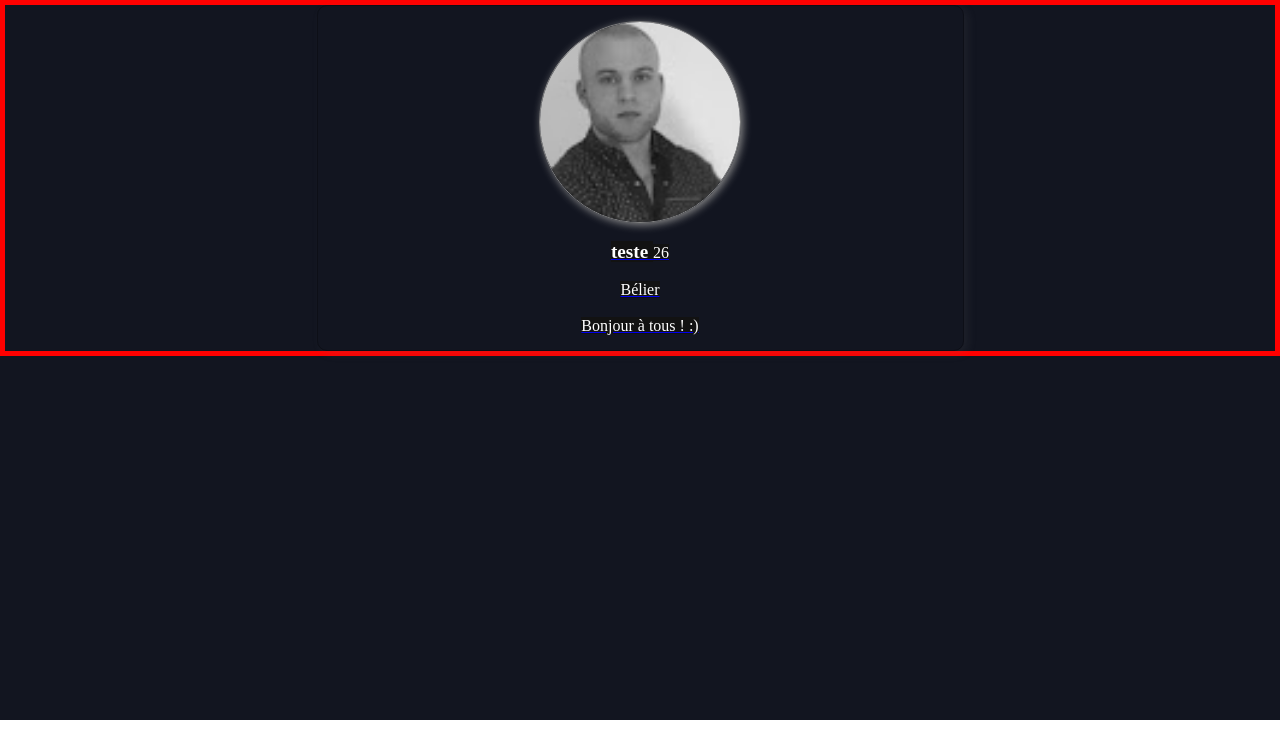
Repository: remi77130/forum
Page: http://localhost/path/profil.php?id=53
The author's editor kept a copy of each file at every save. The page is drawn from the files as they stood at one save, then again after the next save.
The browser window is 1280 px wide. The pictures show the whole page.
The page is run by PHP 8.4 with error messages shown; the project is at /var/www/html/. The database holds what the project's SQL file puts in it.

Above is the page before, as saved 2022-06-26 22:30:58.

After the next save:
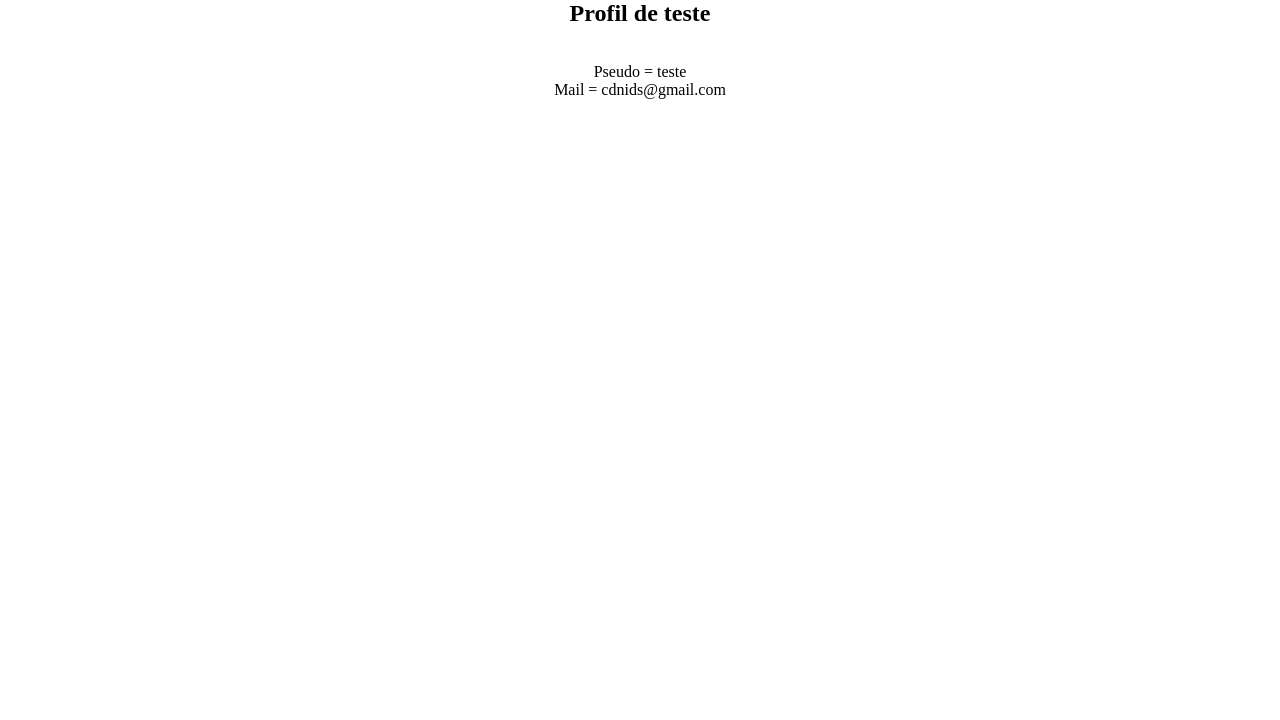
Saved 75 s later.
--- a/profil.php
+++ b/profil.php
@@ -15,77 +15,29 @@
    $requser->execute(array($getid));
    $userinfo = $requser->fetch();
 ?>
-
-
-
 <html>
    <head>
-      <title>Profil</title>
+      <title>TUTO PHP</title>
+      <meta charset="utf-8">
    </head>
    <body>
-
-
-
-
-
-
-<section class="section_profil">
-
-
-
-<div class="profil-container">
-
-<div class="container_profil">
-
-
-<a href="album.php">
-
-
-         <?php                           // AFFICHAGE DE LA PHOTO
-
-         if (!empty($userinfo['avatar']))
-         {
-         ?>
-         <img src="membres\avatars/<?php echo $userinfo['avatar']; ?>" alt="photo_profil" >
-         <?php
-
-         }
-         ?>
-
-<br>
+      <div align="center">
+         <h2>Profil de <?php echo $userinfo['pseudo']; ?></h2>
+         <br /><br />
+         Pseudo = <?php echo $userinfo['pseudo']; ?>
          <br />
-
-        <span class="pseudo_profil"><?php echo $userinfo['pseudo']; ?></span> <nl2br>
-
-        <span class="age_profil"><?php echo $userinfo['age']; ?></span>  <br> <br>
-
-       <span class="astrologie_profil"> <?php echo $userinfo['astrologie']; ?></span> <br> <br>
-
-        <span class="descr_profil"> <?php echo $userinfo['description_profil']; ?></span> <br>
-
-
-
-</a>
-
-</div> <!-- Fermeture div container_profil !-->
-</div> <!-- Fermeture div profil !-->
-</section>
+         Mail = <?php echo $userinfo['mail']; ?>
          <br />
          <?php
          if(isset($_SESSION['id']) AND $userinfo['id'] == $_SESSION['id']) {
-
-
          ?>
-
          <br />
-         <a href="editProfil.php">Editer mon profil</a>
-         <a href="reception.php">Mes messages</a>
-
+         <a href="editionprofil.php">Editer mon profil</a>
          <a href="deconnexion.php">Se déconnecter</a>
          <?php
          }
          ?>
-
+      </div>
    </body>
 </html>
 <?php

After the save that followed:
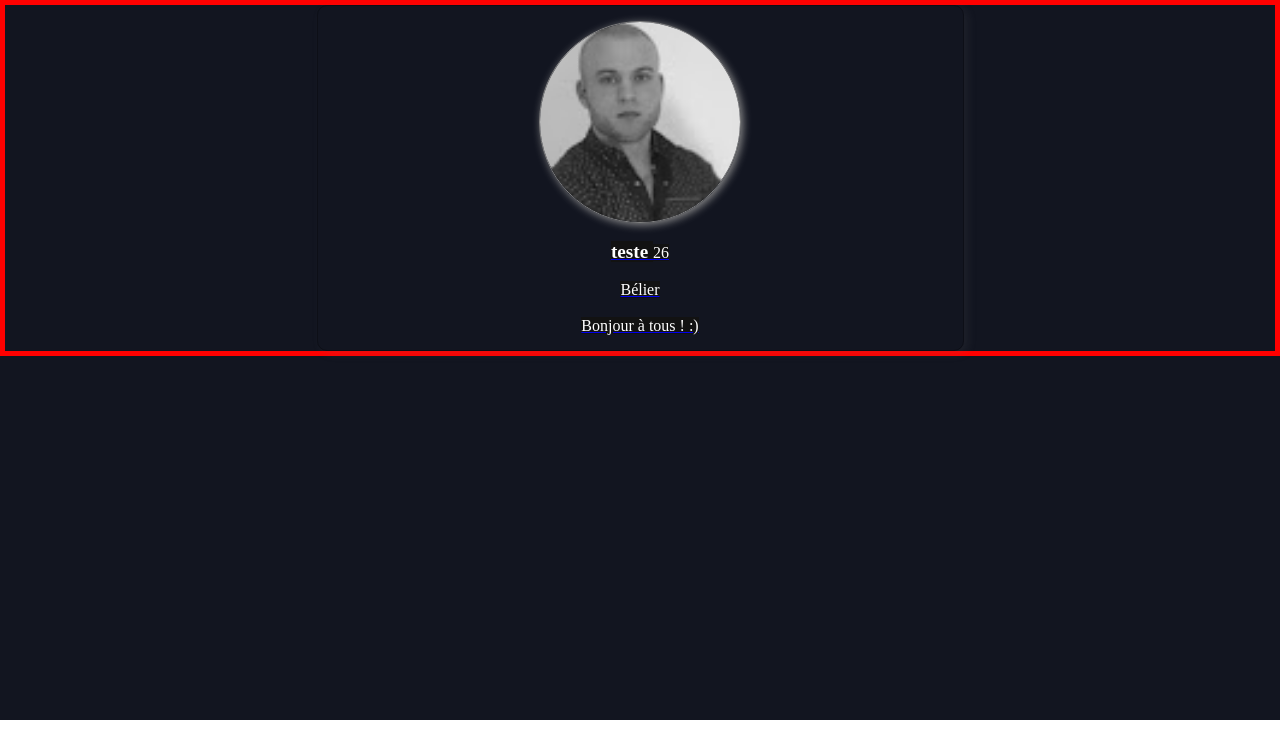
Saved 14 s later.
--- a/profil.php
+++ b/profil.php
@@ -15,29 +15,77 @@
    $requser->execute(array($getid));
    $userinfo = $requser->fetch();
 ?>
+
+
+
 <html>
    <head>
-      <title>TUTO PHP</title>
-      <meta charset="utf-8">
+      <title>Profil</title>
    </head>
    <body>
-      <div align="center">
-         <h2>Profil de <?php echo $userinfo['pseudo']; ?></h2>
-         <br /><br />
-         Pseudo = <?php echo $userinfo['pseudo']; ?>
+
+
+
+
+
+
+<section class="section_profil">
+
+
+
+<div class="profil-container">
+
+<div class="container_profil">
+
+
+<a href="album.php">
+
+
+         <?php                           // AFFICHAGE DE LA PHOTO
+
+         if (!empty($userinfo['avatar']))
+         {
+         ?>
+         <img src="membres\avatars/<?php echo $userinfo['avatar']; ?>" alt="photo_profil" >
+         <?php
+
+         }
+         ?>
+
+<br>
          <br />
-         Mail = <?php echo $userinfo['mail']; ?>
+
+        <span class="pseudo_profil"><?php echo $userinfo['pseudo']; ?></span> <nl2br>
+
+        <span class="age_profil"><?php echo $userinfo['age']; ?></span>  <br> <br>
+
+       <span class="astrologie_profil"> <?php echo $userinfo['astrologie']; ?></span> <br> <br>
+
+        <span class="descr_profil"> <?php echo $userinfo['description_profil']; ?></span> <br>
+
+
+
+</a>
+
+</div> <!-- Fermeture div container_profil !-->
+</div> <!-- Fermeture div profil !-->
+</section>
          <br />
          <?php
          if(isset($_SESSION['id']) AND $userinfo['id'] == $_SESSION['id']) {
+
+
          ?>
+
          <br />
-         <a href="editionprofil.php">Editer mon profil</a>
+         <a href="editProfil.php">Editer mon profil</a>
+         <a href="reception.php">Mes messages</a>
+
          <a href="deconnexion.php">Se déconnecter</a>
          <?php
          }
          ?>
-      </div>
+
    </body>
 </html>
 <?php
